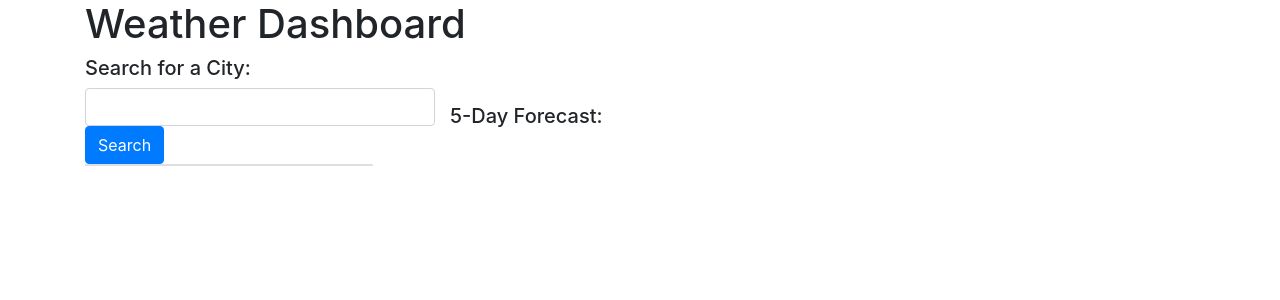
Repository: LaBrewT2/weather-dashboard
Page: index.html
These files come from the project's save history. The page is drawn as it stood at one moment and after a run of saves; the edit follows.
The browser window is 1280 px wide. The pictures show the whole page.
Some web libraries are served in a nearby version.

Above is the page before, as saved 2020-11-26 19:47:34.

### index.html
<!DOCTYPE html>
<html lang="en">

<head>
  <meta charset="UTF-8">
  <meta name="viewport" content="width=device-width, initial-scale=1.0">
  <title>Weather Dashboard</title>

<!-- JQuery library -->
<script src="https://cdnjs.cloudflare.com/ajax/libs/jquery/3.2.1/jquery.min.js"></script>
<script src="https://cdnjs.cloudflare.com/ajax/libs/moment.js/2.24.0/moment.min.js"></script>
<!-- Bootstrap CSS-->
<link rel="stylesheet" href="https://maxcdn.bootstrapcdn.com/bootstrap/4.0.0/css/bootstrap.min.css">
</head>

<body>
<!--Page Header -->
<div class="jumbotron-fluid">
  <div class="container">
    <h1 class>Weather Dashboard </h1>
  </div>
</div>

<!-- Page main container with rows -->
<div id = "maincontainer"class="container">
  <div class="row">

  <div class="col-4" id = "searchBlock">

    <form id="search">
    <h5>Search for a City:</h5>
    <input type="text" class="form-control" id="city" aria-describedby="basic-addon3">
    <input class="btn btn-primary" id="search" type="submit" value="Search">

    <div id="list-group" class="card" style="width: 18rem;"></div>

    </form>

  </div>

  <div>

      <div id="search-results">
        <h5 id="city-name"class="city-name" ></h5>
        <img id="icon">
        <p id="temperature"></p>
        <p id="humidity"></p>
        <p id="wind-speed"></p>
      </div>

      <div id="forecast">
        <h5>5-Day Forecast:</h5>
        <div class="row">
          <section class="col daily" id="day1"></section>
          <section class="col daily" id="day2"></section>
          <section class="col daily" id="day3"></section>
          <section class="col daily" id="day4"></section>
          <section class="col daily" id="day5"></section>
        </div>
      </div>

      </div>
      </div>
      </div>
</body>
<script rel= stylesheet href= /script.js></script>
</html>

After the next 4 saves:
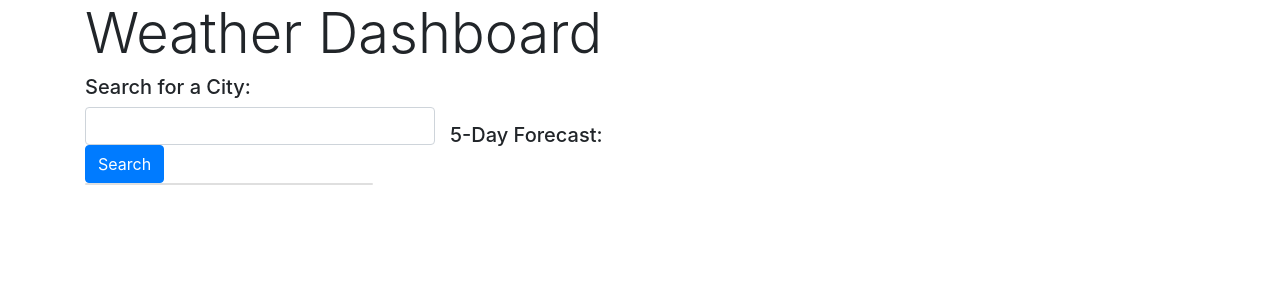
The 4 saves are shown as one change because they came seconds apart.
The last was saved 14 s later.
--- a/index.html
+++ b/index.html
@@ -17,7 +17,7 @@
 <!--Page Header -->
 <div class="jumbotron-fluid">
   <div class="container">
-    <h1 class>Weather Dashboard </h1>
+    <h1 class="display-4">Weather Dashboard </h1>
   </div>
 </div>
 
